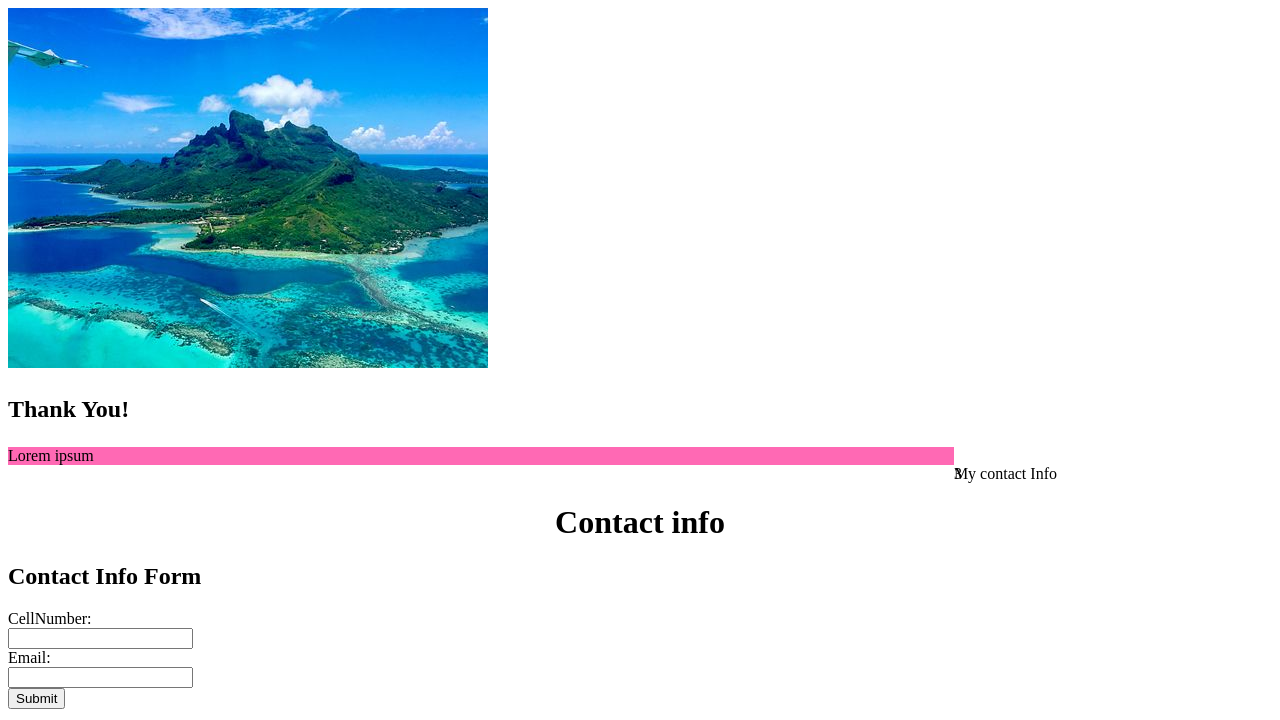
Repository: Melinda-Nanjad-Personal-Website/Personal-web
Page: contact.html
The author's editor kept a copy of each file at every save. The page is drawn from the files as they stood at one save, then again after the next save.
The browser window is 1280 px wide. The pictures show the whole page.

Above is the page before, as saved 2023-07-28 20:26:16.

### contact.html
<!DOCTYPE html>
<html lang="en">
<head>
    <meta charset="UTF-8">
    <meta name="viewport" content="width=device-width, initial-scale=1.0">
    <link rel="stylesheet" type="text/css" href="cf.css">
    <!--My contact page css -->
    <title>Contact Page</title>
</head>
<main class="Contact info"
<article class="My contact Info grid-col-span-2 flow bg-primary-400 quote text-neutral-100">
<div class="flex">
</div>
<img src="island.jpeg" alt="island">
</div>
<div>
    <h2 class="Thank You"</h2>
        <p class="position">Thank You!</p>
</div>

</article>

<body>


    <div class="container">
        <div class="item item-1"> Lorem ipsum</div>
             <div class="item item-2"> My contact Info</div>
                <div class="item item-3"> 3</div>
    </div>

    <h1><center/>Contact info</h1>

    <article>
        <h2>Contact Info Form</h2>
        <form>
            <label for="cellNumber">CellNumber:</label><br/>
        <input type="number" id="cellNumber" name="cellNumber"/><br/>

<label for="email"> Email:</label><br/>
<input type="email" id="email" name="email"/><br/>

<input type="submit" value="Submit"

            </form>
    </article>

</body>

</html>

### cf.css
.border-primary-400{
    border: 2px solid #a775f1;
}

.container {
    display: grid;
   grid gap: 1.5rem;
    grid-template-columns: auto auto auto;
}

.item-1 {
    grid-row- span4;
    grid-column: 1/5;
    background-color: hotpink;
    padding: 5px
    grid-area: main;
}

.item-2 {
    grid-row: span 3;
    grid column:  2/5;
    grid-area:left
}

.item-3 {
    grid-row: span
    grid column 1/5;
    grid-area :right
}

//test for columns
.grid-container {
  display: grid;
  column-gap: 50px;
  grid-template-columns: 1fr 1fr 1fr;
  padding: 50px;
}

.grid-item{
  background-color: rgba(97, 148, 160, 0.8);
  border: 1px solid rgba(0, 0, 0, 0.8);
  padding: 20px;
  font-size: 14px;
  text-align: center;

After the next save:
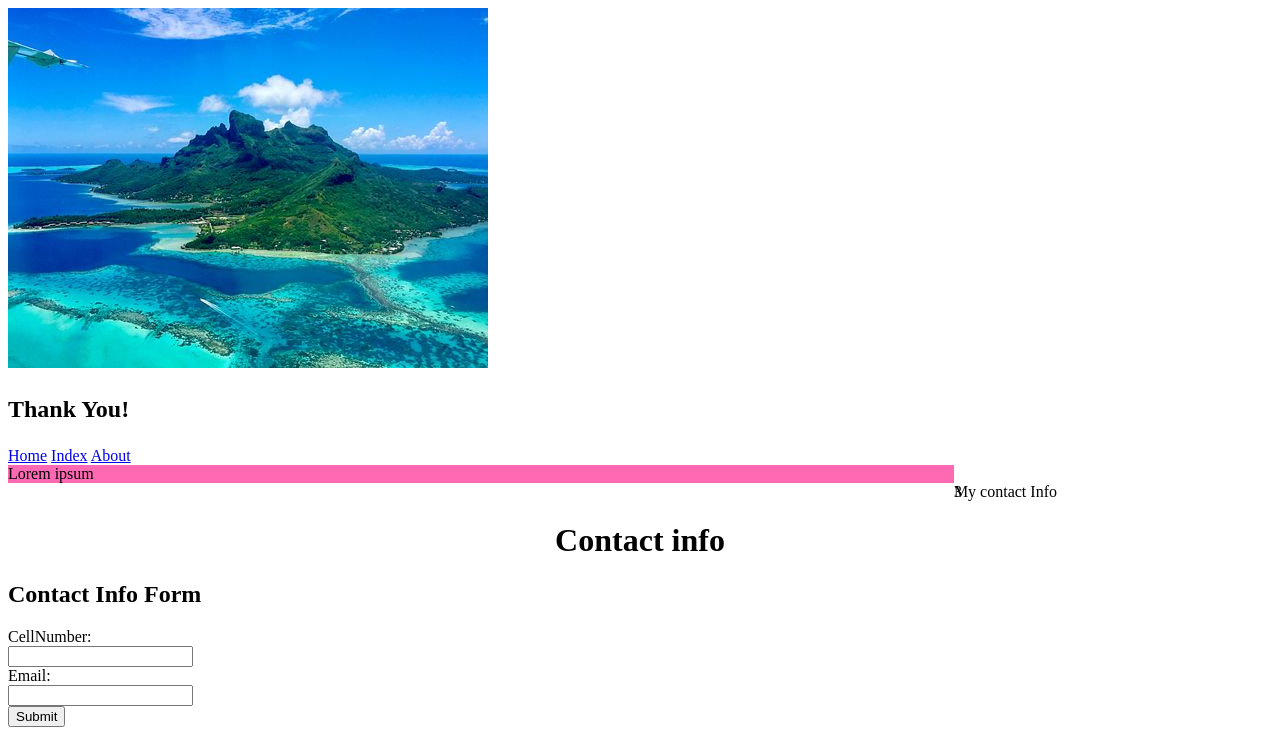
Saved 2 days later.
--- a/contact.html
+++ b/contact.html
@@ -22,6 +22,14 @@
 
 <body>
 
+
+</style>
+<nav>
+    <a class="active" href="/home.html">Home</a>
+    <a class="active" href="/Index.html">Index</a>
+    <a class="active" href="/about.html">About</a>
+
+        </nav>
 
     <div class="container">
         <div class="item item-1"> Lorem ipsum</div>
